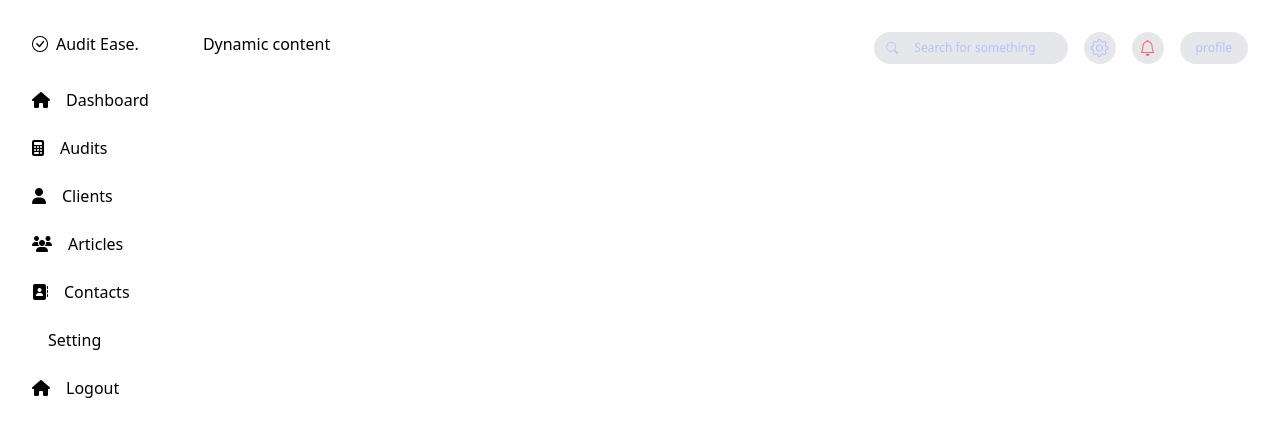
Repository: EclipticCode/Audit-Ease-FE
Page: /
An editor plug-in stored every save of this project. The page is shown before and after the next save, followed by the edit.
The browser window is 1280 px wide. The pictures show the whole page.
Some web libraries are served in a nearby version. The project was rebuilt for these pictures with package versions that can differ from the ones it lists, and the page was loaded fresh each time. Also part of the build but not shown: vite.config.js, Login.jsx, src/Navbar.jsx.

Above is the page before, as saved 2025-03-27 21:35:57.

After the next save:
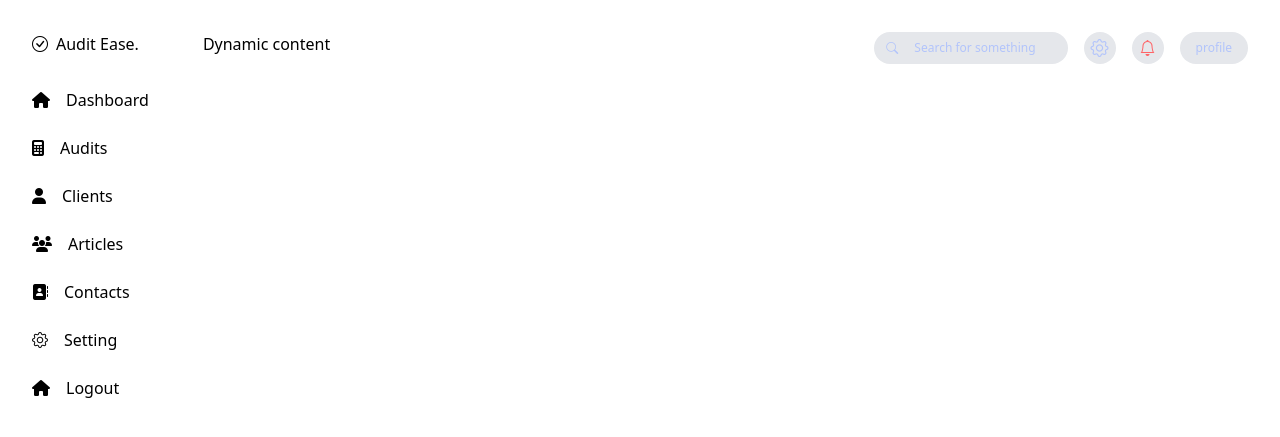
Saved 5 s later.
--- a/src/NavandSideBar.jsx
+++ b/src/NavandSideBar.jsx
@@ -24,7 +24,7 @@
             <div className='mb-6'><span><i className="fa-solid fa-user mr-4"></i></span>Clients</div>
             <div className='mb-6'><span><i className="fa-solid fa-users mr-4"></i></span>Articles</div>
             <div className='mb-6'><span><i className="fa-solid fa-address-book mr-4"></i></span>Contacts</div>
-            <div className='mb-6'><span><i className="bi mr-4"></i></span>Setting</div>
+            <div className='mb-6'><span><i className="bi bi-gear mr-4"></i></span>Setting</div>
             <div className='mb-6'><span><i className="fa-solid fa-house mr-4"></i></span>Logout</div>
         </div>
     </div>

After the 2 saves that followed:
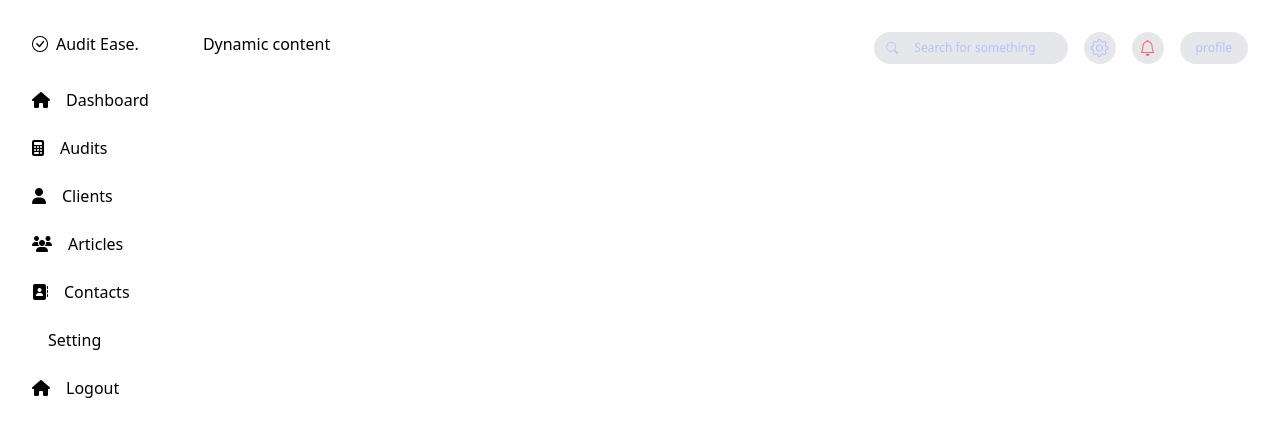
The 2 saves are shown as one change because they came seconds apart.
The last was saved 80 s later.
--- a/src/NavandSideBar.jsx
+++ b/src/NavandSideBar.jsx
@@ -24,7 +24,7 @@
             <div className='mb-6'><span><i className="fa-solid fa-user mr-4"></i></span>Clients</div>
             <div className='mb-6'><span><i className="fa-solid fa-users mr-4"></i></span>Articles</div>
             <div className='mb-6'><span><i className="fa-solid fa-address-book mr-4"></i></span>Contacts</div>
-            <div className='mb-6'><span><i className="bi bi-gear mr-4"></i></span>Setting</div>
+            <div className='mb-6'><span><i className=" mr-4"></i></span>Setting</div>
             <div className='mb-6'><span><i className="fa-solid fa-house mr-4"></i></span>Logout</div>
         </div>
     </div>
